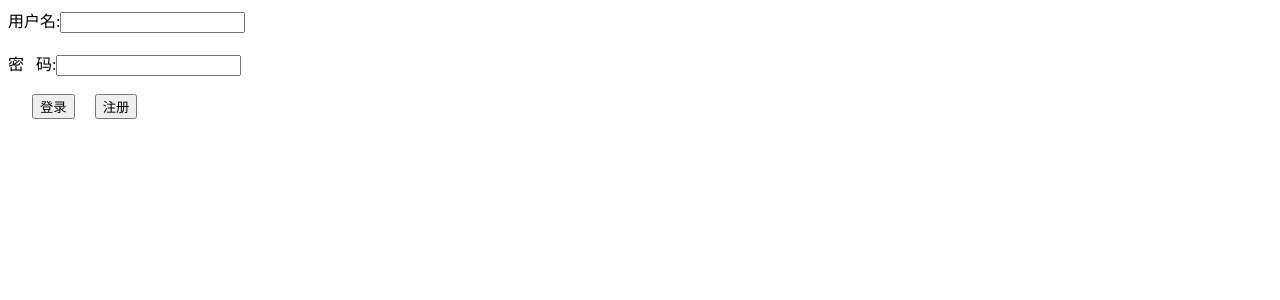
Repository: AAJAAJ/eclipse-workspace
Page: http://localhost/Supermarket/login.jsp
The author's editor kept a copy of each file at every save. The page is drawn from the files as they stood at one save, then again after the next save.
The browser window is 1280 px wide. The pictures show the whole page.
The page is served by Tomcat 9.

Above is the page before, as saved 2019-09-25 11:06:29.

After the next save:
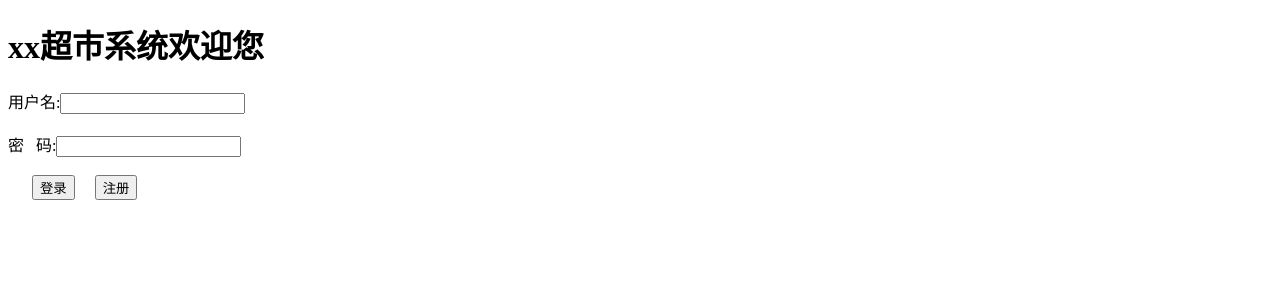
Saved 4 min 29 s later.
--- a/Supermarket/WebContent/login.jsp
+++ b/Supermarket/WebContent/login.jsp
@@ -7,6 +7,7 @@
 <title>Insert title here</title>
 </head>
 <body>
+	<h1>xx超市系统欢迎您</h1>
 	<form action="show.jsp" method="post">
 		<div id="err"><span></span></div>
 		用户名:<input type="text" name="username" id="username" />
